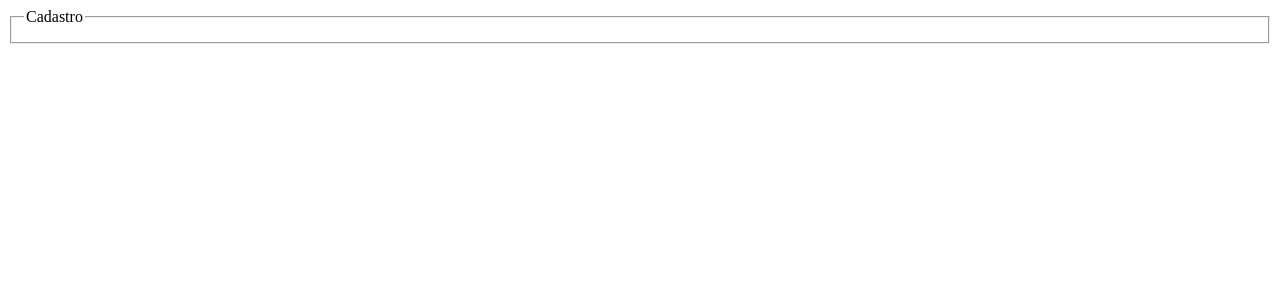
Repository: Lerif/WebServletLearning
Page: http://localhost/WebLearning/
An editor plug-in stored every save of this project. The page is shown before and after the next save, followed by the edit.
The browser window is 1280 px wide. The pictures show the whole page.
The page is served by Tomcat 9. Other server files are loaded and not shown.

Above is the page before, as saved 2016-10-25 14:03:52.

### WebServelets/WebLearning/WebContent/TryJSP.jsp
<%@ page language="java" contentType="text/html; charset=UTF-8"
    pageEncoding="UTF-8"%>
<!DOCTYPE html>
<html>
<head>
<meta http-equiv="Content-Type" content="text/html; charset=UTF-8">
<title>HelloWorld</title>
</head>
<body>
	<form name = "CadastroUsuario" id="CadastroId" method="post">
		<fieldset>
			<legend>Cadastro</legend>
		</fieldset>
	</form>
</body>
</html>

After the next save:
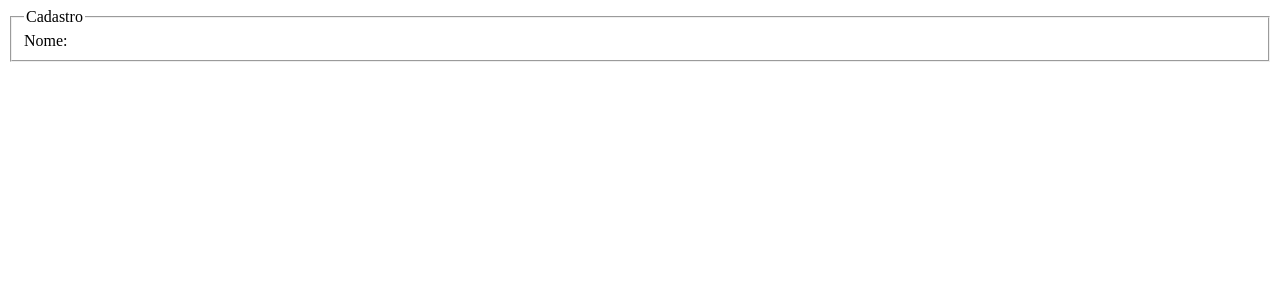
Saved 2 min 36 s later.
--- a/WebServelets/WebLearning/WebContent/TryJSP.jsp
+++ b/WebServelets/WebLearning/WebContent/TryJSP.jsp
@@ -10,6 +10,7 @@
 	<form name = "CadastroUsuario" id="CadastroId" method="post">
 		<fieldset>
 			<legend>Cadastro</legend>
+			Nome:
 		</fieldset>
 	</form>
 </body>
